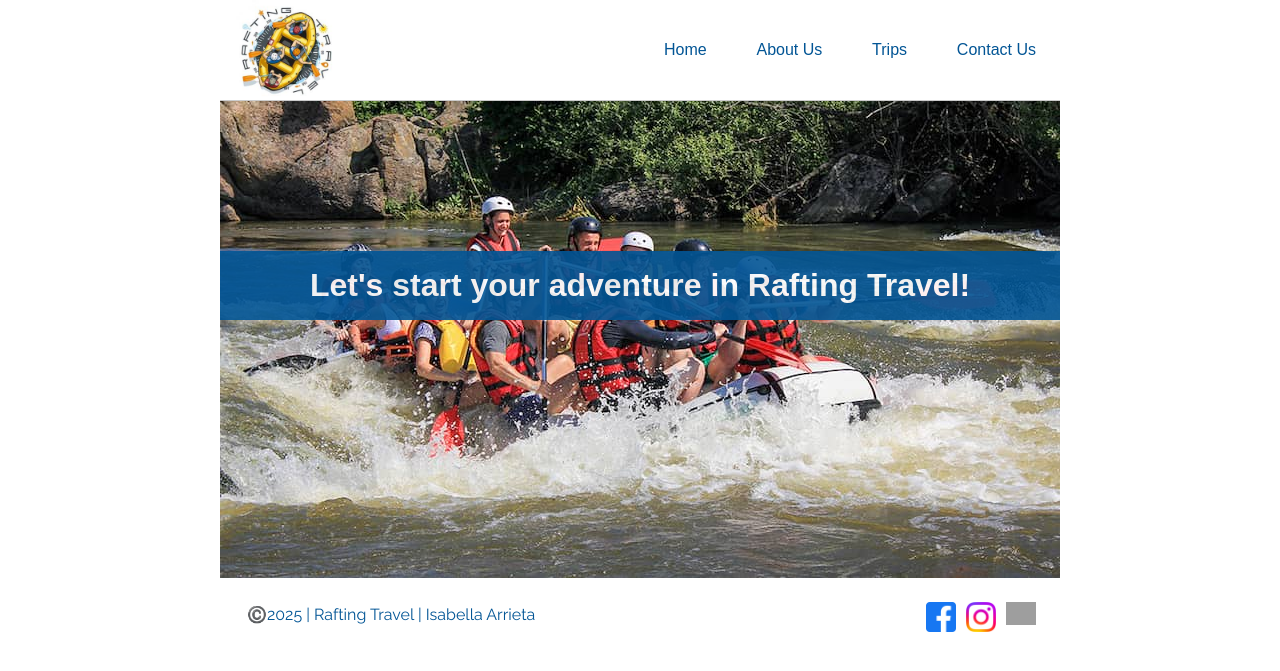
Repository: isaAJ05/wdd130
Page: wwr/index.html
These files come from the project's save history. The page is drawn as it stood at one moment and after the next save; the edit follows.
The browser window is 1280 px wide. The pictures show the whole page.
Pictures or frames that could not be fetched are drawn as grey boxes. Some web fonts or font styles are not loaded; a fallback is used.

Above is the page before, as saved 2025-06-16 20:07:45.

### wwr/index.html
<!DOCTYPE html>
<html lang="en">
<head>
    <meta charset="UTF-8">
    <meta name="viewport" content="width=device-width, initial-scale=1.0">
    <title>Home-Rafting Travel</title>
    <meta name="description" content="Main page: Rafting Travel">
    <meta name="author" content="Isabella Arrieta">
    <link rel="stylesheet" href="styles/rafting.css">
    <link rel="preconnect" href="https://fonts.googleapis.com">
    <link rel="preconnect" href="https://fonts.gstatic.com" crossorigin>
    <link href="https://fonts.googleapis.com/css2?family=Play:wght@400;700&family=Raleway:ital,wght@0,100..900;1,100..900&display=swap" rel="stylesheet">
</head>
<body>
    <header>
        <img src ="images/z-raftingcompas.jpg" alt="Rafting Company Logo">
    <nav>
        <a href="index.html">Home</a>
        <a href="about.html">About Us</a>
        <a href="trips.html">Trips</a>
        <a href="contact.html">Contact Us</a>
    </nav>
    </header>
    <main>
        <div class="hero">
            <img src="images/rafting10_1024.jpg" alt="Rafting">
            <h1>Let's start your adventure in Rafting Travel!</h1>
        </div>
        </main>
    <footer>
        <p>©️2025 | Rafting Travel | Isabella Arrieta</p>
        <nav class="socialmedia">
            <a href="https://www.facebook.com/">
                <img src="images/facebook.webp" alt="Facebook" width="30">
            </a>
            <a href="https://www.instagram.com/">
                <img src="images/instagram.webp" alt="Instagram" width="30">
            </a>
            <a href="https://x.com/home">
                <img src="images/x.webp" alt="X" width="30">
            </a>
        </nav>
    </footer>
</body>
</html>

### wwr/styles/rafting.css
:root {
    --primary-color: #FC9F1C;
    --secondary-color: #FFE77C;
    --accent1-color: #025595;
    --accent2-color: #A6DEF6;
    --heading-font: "Play", sans-serif;
    --body-font: "Raleway", sans-serif;
}

header {
    margin: 1rem auto;
    background-color: #fff;
    color: var(--secondary-color);
    display: grid;
	grid-template-columns: 1fr 1fr;
    align-items: center;
    border-bottom: 1px solid #ccc;

}
header img {
    width: 100px;
    height: auto;
    margin-left: 16px;
}
*{
    margin: 0;
    padding: 0;
    box-sizing: border-box;
}
body {
    font-family: var(--body-font);
    color: var(--accent1-color);
}
 header, main, footer {
    width: 840px;
    margin: 0 auto;
}
h1, h2{
    font-family: var(--heading-font);
    color: var(--accent1-color);
}
p, section, article{
    margin: 16px;
    padding: 8px;
}
.History {
    display: grid;
	grid-template-columns: 1fr 1fr 1fr;
    align-items: center;
    grid-gap: 1px;
}
.History h2{
    grid-column: 1/4;
    text-align: center;

}
.History img{
    width: 100%;
    height: auto;
}
.Adventure {
    display: grid;
    grid-template-columns: 1fr 1fr 1fr 1fr 1fr;
    align-items: center;
    grid-gap: 15px;
}
.Adventure h2{
    grid-column: 1/6;
    text-align: center;
}
.Adventure img{
    width: 100%;
    height: auto;
}
figcaption {
    text-align: center;
}
nav {
    margin: 16px;
    padding: 8px;
    display: flex;
    justify-content: space-between;
	flex: 1 1 auto;

}
nav a {
    text-decoration: none;
    font-family: var(--heading-font);
    color: var(--accent1-color);
}
nav a:hover {
    color: var(--primary-color);
    text-decoration: underline;
}

.socialmedia a{
    text-decoration: none;
}
.socialmedia {
    justify-content: right;
    gap: 10px;
}

.herodiv{
    position: relative;
    margin: 1em auto;

}

.herodiv img{
    display: block;
    width: 100%;
    height: auto;
}

.herodiv h1{
    position: absolute;
    top: 20px;
    width: 100%;
    padding: 16px;
    text-align: center;
    opacity: 0.9;
    background-color: var(--accent1-color);
    color: #ffffff;

}

.herodiv article{
    position: absolute;
    top: 150px;
    left: 5px;
    width: 800px;
    opacity: 0.9;
    background-color: var(--accent1-color);
    color: #ffffff;
}
.herodiv article img{
    float: right;
    width: 230px;
    padding: 8px;
}
footer {
    display: flex;

}
footer p {
    margin: 19px;
    padding: 8px;

}
.rectangle-3 {
	width: 840px;
	height: 159px;
	padding: 8px 8px 8px 8px;
	background:var(--accent1-color);
    margin: 0 auto;
    display: flex;
    flex-direction: column;
    align-items: center;
    justify-content: center;
	border-radius: 3px 3px 3px 3px;

}
.rectangle-3 .header-3 {
    width: 463px;
	height: 36px;
	color: #FFFFFF;
	font-family: var(--heading-font);
	font-weight: 700;
	font-size: 30px;
	line-height: 1.2;
	text-align: center;
}
.we-love-questions-and-feedback-and-we-re-always- {
	width: 418px;
	height: 44px;
	color: #FFFFFF;
	font-family: var(--body-font);
	font-weight: 400;
	font-size: 13px;
	line-height: 1.4;
	text-align: center;
}
.rectangle-4 {
	width: 840px;
	height: 348px;
	background: #FFFFFF;
	border-radius: 3px 3px 3px 3px;
    display: flex;
    align-items: flex-start;
}
.column-text{
    flex:1;
    padding: 20px;
    align-items: center;
}
.column-text .block{
    flex:1;
}

.column-map {
    flex: 1;
    text-align: right;;
}

.column-map iframe {
	max-width: 463px;
	height: 348px;
	background: #00000000;

}


.header-14 {
	width: 223px;
	color: var(--accent1-color);
	font-family: var(--body-font);
	font-weight: 700;
	font-size: 24px;
	line-height: 1.2;
    text-align: left;
    margin-top: 34px;
}
.jackson-wyoming-ee-uu- {

    margin-top: 35px;
	color: var(--accent1-color);
	font-family: var(--body-font);
	font-weight: 600;
	font-size: 16px;
	line-height: 1.1;
	text-align: left;
    padding-left: 6px;
}


.address-phone-and-email {
    margin-top: 20px;
	color: var(--accent1-color);
	font-family: var(--body-font);
	font-weight: 400;
	font-size: 11px;
	line-height: 1.5;
	text-align: left;
}
.address-phone-and-email img {
	width: 18px;
	height: 18px;
}
.address-phone-and-email figure {
    display: flex;
    gap: 10px;
    margin: 0;
    margin-top: 10px;
}



.rectangle-5 {
	width: 840px;
	height: 240px;
    padding: 20px 20px 20px 20px;
	background: var(--accent1-color);
	border-radius: 3px 3px 3px 3px;
    display: grid;
    grid-template-columns: 1fr 1fr 1fr;
    align-items: center;
    justify-items: center;
}
.rectangle-5 img {
	width: 120px;
	height: 135px;
	background: #00000000;
}

.rectangle-5 figcaption {
	width: 111px;
	height: 15px;
	color: #FFFFFF;
	font-family: var(--body-font);
	font-weight: 500;
	font-size: 14px;
	line-height: 1.1;
	text-align: center;
}

.header-16 {
	width: 223px;
	height: 48px;
	color: #FFFFFF;
	font-family: var(--heading-font);
	font-weight: 700;
	font-size: 24px;
	line-height: 1.2;
	text-align: center;
    grid-column: 1/4;
    margin: 0 auto;
}

.rectangle-6 {
	width: 840px;
	height: 551px;
	padding: 8px 8px 8px 8px;
	background: #EDF0F4;
	border-radius: 3px 3px 3px 3px;
}
.rectangle-6 h2{
    margin-top: 48px;
	color: #3B4754;
	font-family: var(--heading-font);
	font-weight: 700;
	font-size: 24px;
	line-height: 1.2;
	text-align: center;
}

.rectangle-6 p {
	color: #4f6278;
	font-family: var(--body-font);
	font-weight: 400;
	font-size: 13px;
	line-height: 1.5;
	text-align: center;
}

.rectangle-6 .row {
    display: flex;
    gap: 20px;
    align-items: center;
    justify-content: center;
    padding-top: 16px;
    padding-bottom: 16px;

}

.rectangle-6 .form-title {
    display: flex;
    flex-direction: column;

}
.rectangle-6 .form-title label{
	width: 31px;
	height: 12px;
	color: #3B4754;
	font-family: var(--body-font);
	font-weight: 700;
	font-size: 11px;
	line-height: 1.1;
	text-align: left;
}
.rectangle-6 .form-title input{
	width: 225px;
	height: 28px;
	background: #FFFFFF;
	color: #9FAFC1;
	border-color: #C9D3DD;
	border-width: 2px;
	border-style: solid;
	border-radius: 4px 4px 4px 4px;
	font-family: var(--body-font);
	font-weight: 400;
	font-size: 12px;
	text-align: left;
    margin-top: 4px;
}
.rectangle-6 .title label{
	width: 31px;
	height: 12px;
	color: #3B4754;
	font-family: var(--body-font);
	font-weight: 700;
	font-size: 11px;
	line-height: 1.1;
	text-align: left;
    padding-left: 176px;
}
.radio{
    padding-left: 176px;

}

input[type="radio"]{
	background: #FFFFFF;
	border-color: #C9D3DD;
	border-width: 1.5px;
	border-style: solid;
}
.radio label {
    font-family: var(--body-font);
	font-weight: normal;
	font-size: 12px;
	text-align: left;
    color: #232323;
}
.rectangle-6 .textarea {
    display: flex;
    flex-direction: column;
    align-items: center;
    justify-content: center;
}
.rectangle-6 .textarea textarea {
    width: 469px;
	height: 99px;
	background: #FFFFFF;
	color: #000000;
	border-color: #C9D3DD;
	border-width: 2px;
	border-style: solid;
	border-radius: 4px 4px 4px 4px;
	font-family: var(--body-font);
	font-weight: 400;
	font-size: 12px;
	text-align: left;

}
.check {
    padding-left: 260px;
    padding-top: 20px;
    padding-bottom: 16px;
}
.check checkbox {
	width: 371px;
	height: 19px;
	background: #FFFFFF;
	border-color: #C9D3DD;
	border-width: 1.5px;
	border-style: solid;

}

.check label{
    font-family: var(--body-font);
	font-weight: normal;
	font-size: 12px;
	text-align: left;
	color: #4f6278;;
}
.send {
    padding-left: 360px;
}
.rectangle-6 button {
	width: 100px;
	height: 28px;
	padding: 0px 10px 0px 10px;
	background: var(--accent1-color);
	color: #FFFFFF;
	border-color: #3B4754;
	border-width: 1px;
	border-style: solid;
	border-radius: 2px 2px 2px 2px;
	font-family: var(--body-font);
	font-weight: 700;
	font-size: 10px;
	text-align: center;

}
.rectangle-6 button:hover {
    background: var(--primary-color);
    color: #fff;
    cursor: pointer;
}
.hero {
	position: relative;
}
.hero img {
	width: 100%;
	display: block;
}
.hero h1 {
	position: absolute;
	top: 150px;
	width: 100%;
    padding: 16px;
    text-align: center;
    opacity: 0.9;
    background-color: var(--accent1-color);
    color: #ffffff;
}

After the next save:
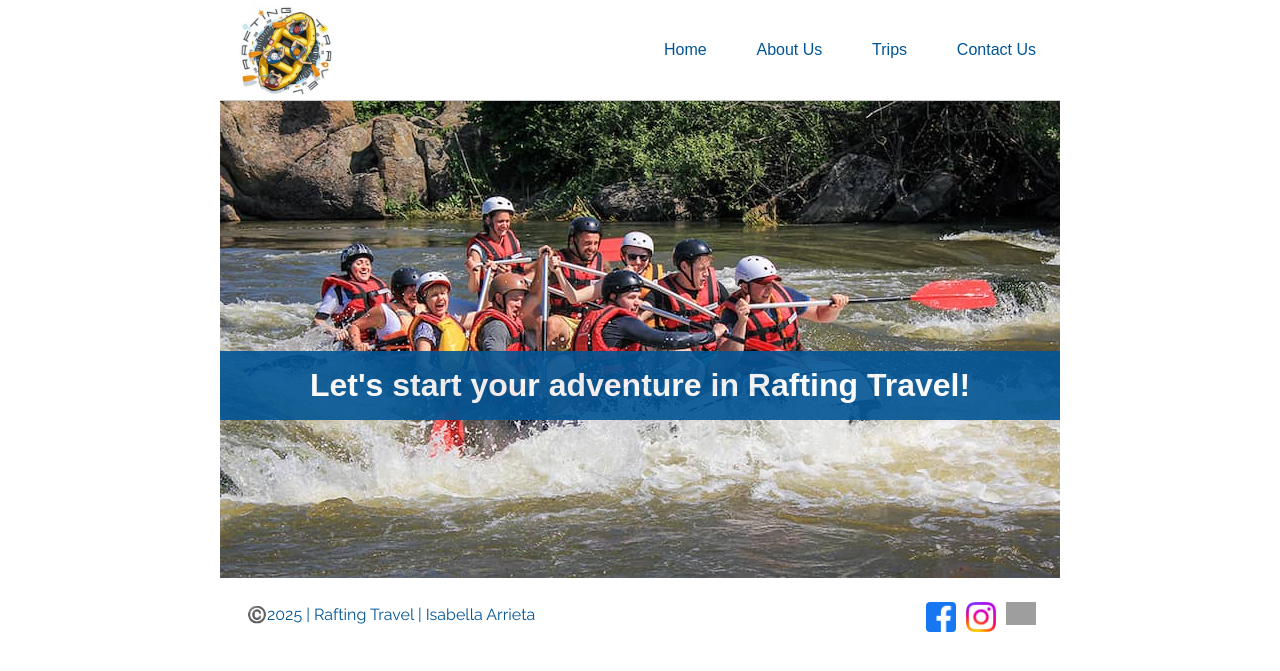
Saved 6 s later.
--- a/wwr/styles/rafting.css
+++ b/wwr/styles/rafting.css
@@ -468,7 +468,7 @@ input[type="radio"]{
 }
 .hero h1 {
 	position: absolute;
-	top: 150px;
+	top: 250px;
 	width: 100%;
     padding: 16px;
     text-align: center;
